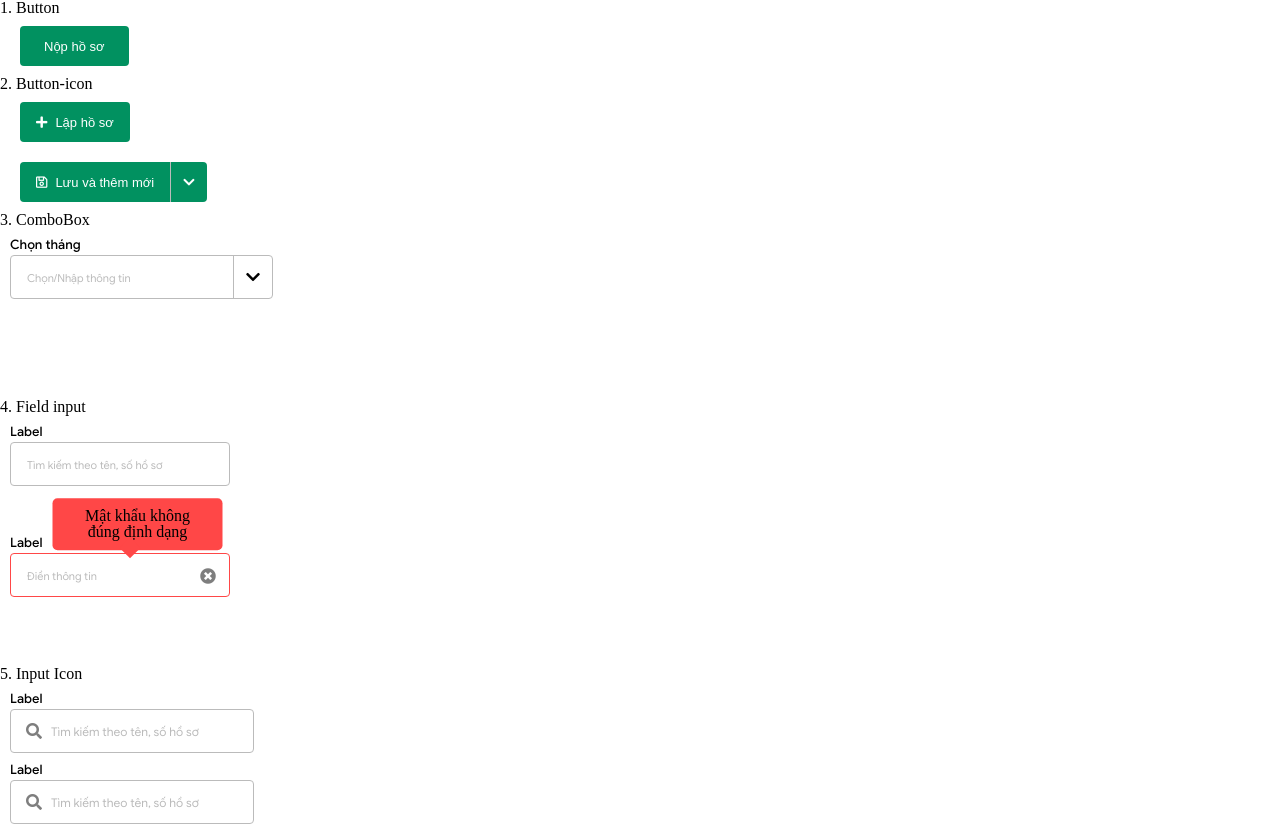
Repository: DAOVANLOI2K1/cukcuk_employeeGrid
Page: Page/index.html
These files come from the project's save history. The page is drawn as it stood at one moment and after the next save; the edit follows.
The browser window is 1280 px wide. The pictures show the whole page.

Above is the page before, as saved 2022-06-28 10:28:28.

After the next save:
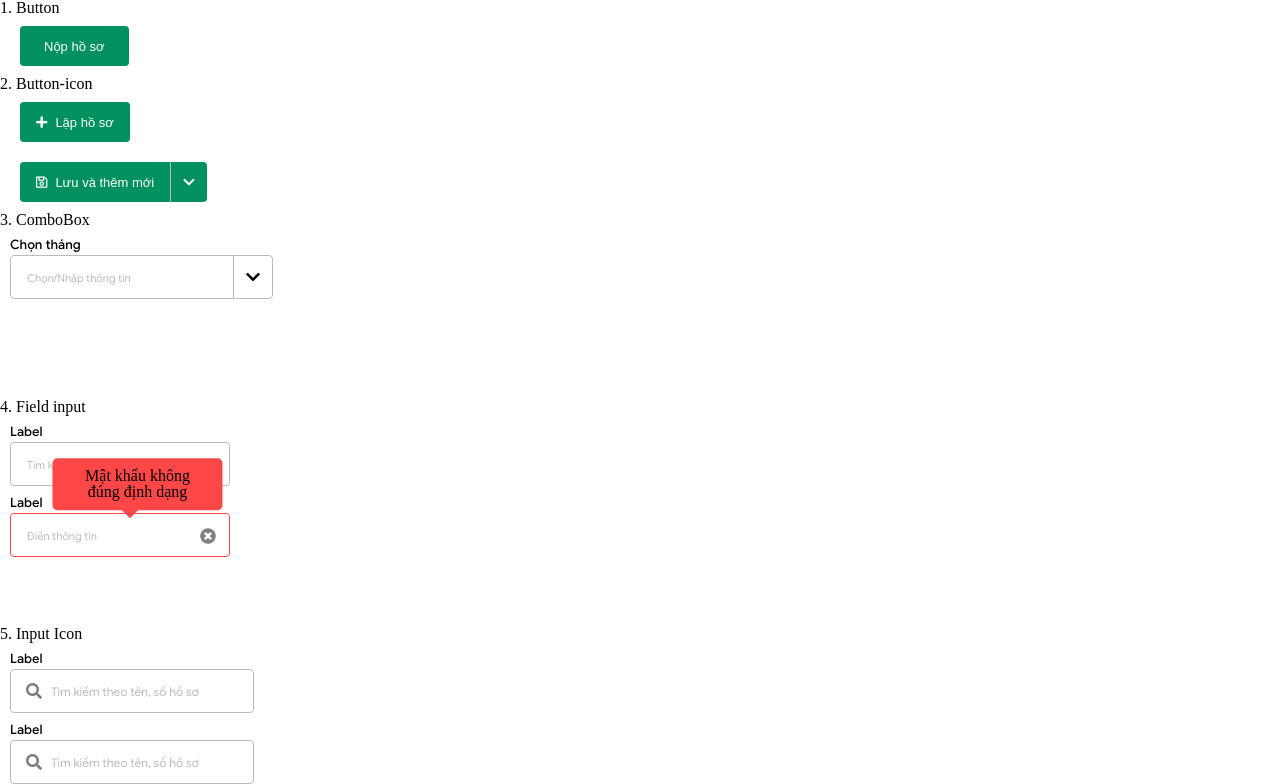
Saved 3 min 4 s later.
--- a/Page/index.html
+++ b/Page/index.html
@@ -45,7 +45,7 @@
         <h3 class="label">Label</h3>
         <input type="text" class="ms-input" placeholder="Tìm kiếm theo tên, số hồ sơ">
     </div>
-    <div class="row" style="margin-top: 50px;">
+    <div class="row" style="margin-top: 0px;">
         <h3 class="label">Label</h3>
         <input type="text" class="ms-input error_input" placeholder="Điền thông tin">
         <div class="error_box">
